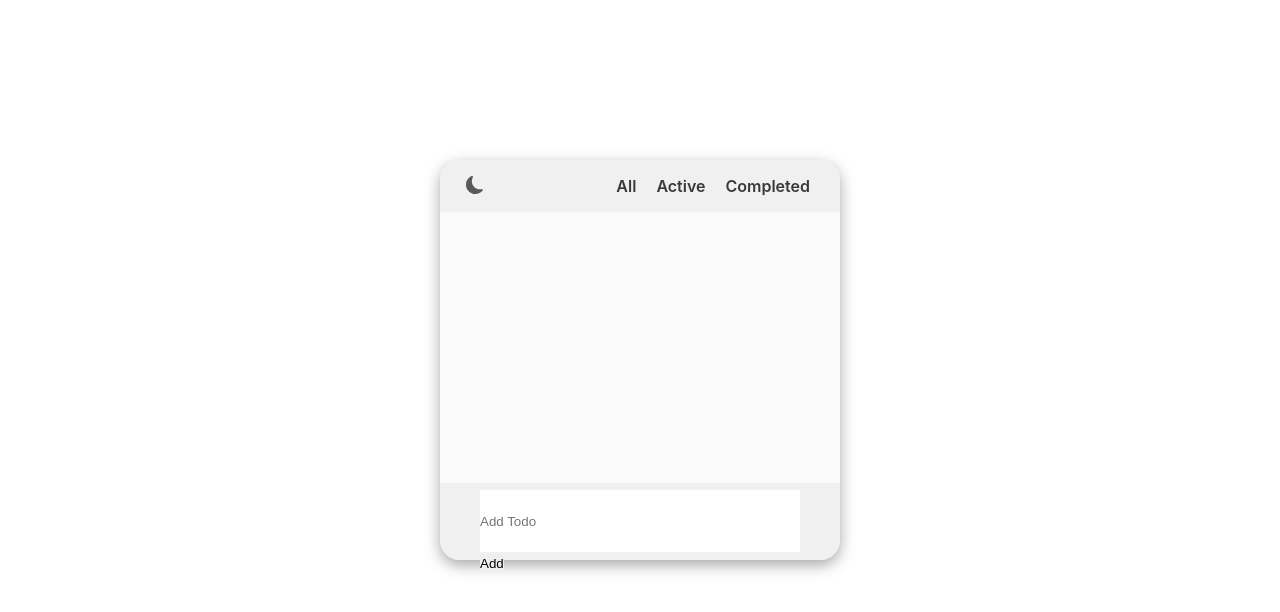
Repository: momo0170/react_todolist
Page: /
These files come from the project's save history. The page is drawn as it stood at one moment and after the next save; the edit follows.
The browser window is 1280 px wide. The pictures show the whole page.
The project was rebuilt for these pictures with package versions that can differ from the ones it lists, and the page was loaded fresh each time. Also part of the build but not shown: src/css/Todo.module.css, src/components/Todo.jsx.

Above is the page before, as saved 2022-11-02 13:00:27.

After the next save:
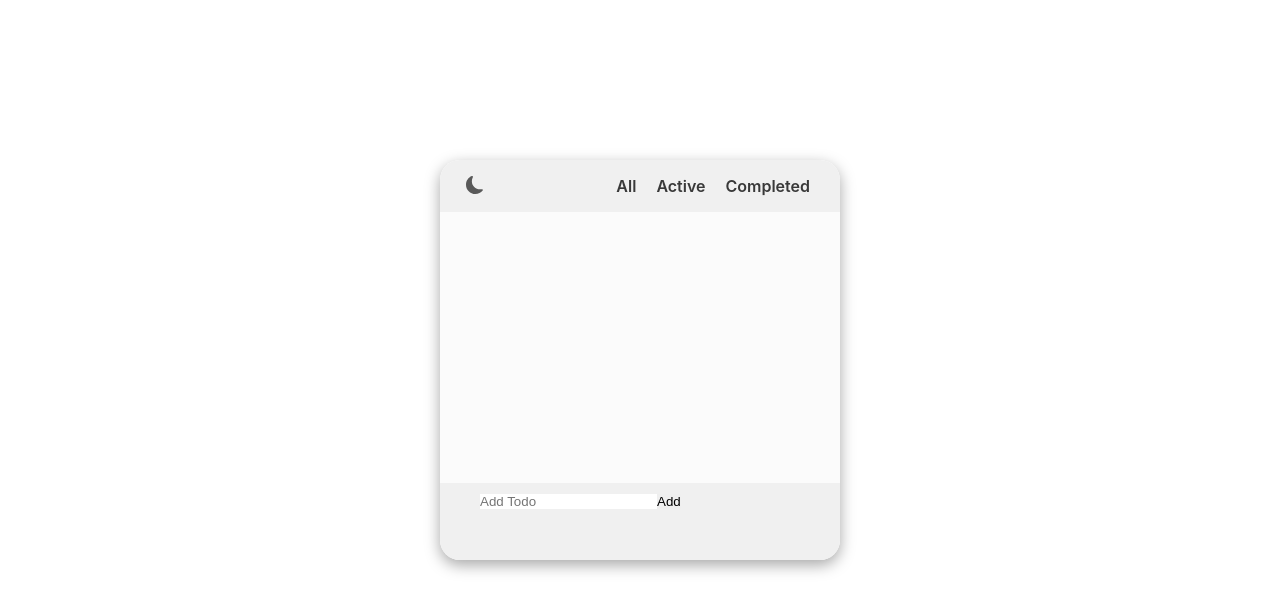
Saved 4 s later.
--- a/src/App.module.css
+++ b/src/App.module.css
@@ -48,8 +48,6 @@
   height: 80%;
 }
 .input {
-  width: 100%;
-  height: 100%;
   border: 0;
   padding: 0;
 }
